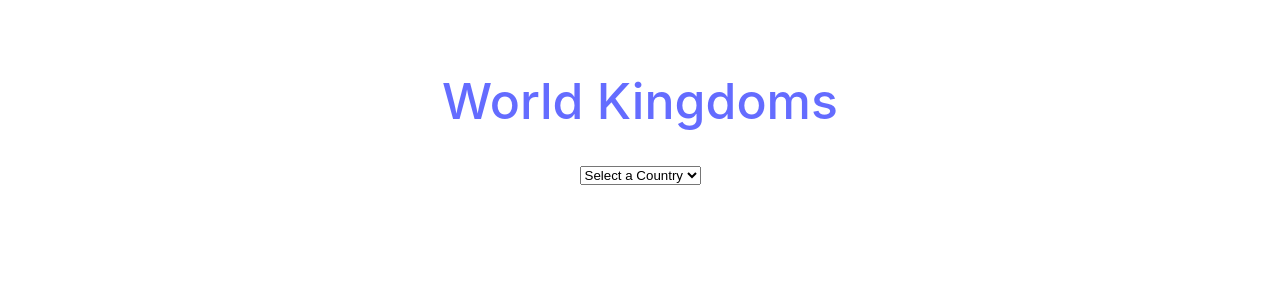
Repository: GloGlorGloria/COMP3170-lab7
Page: /
An editor plug-in stored every save of this project. The page is shown before and after a run of saves, followed by the edit.
The browser window is 1280 px wide. The pictures show the whole page.
The page's requests for data from a server got no answer. The project was rebuilt for these pictures with package versions that can differ from the ones it lists, and the page was loaded fresh each time. No one was signed in, and anything a server would have sent is missing. Also part of the build but not shown: vite.config.js, src/components/Details.jsx.

Above is the page before, as saved 2024-11-24 02:08:53.

### index.html
<!doctype html>
<html lang="en">
  <head>
    <meta charset="UTF-8" />
    <link rel="icon" type="image/svg+xml" href="/Globe icon.png" />
    <meta name="viewport" content="width=device-width, initial-scale=1.0" />
    <title>World Kingdoms</title>
  </head>
  <body>
    <div id="root"></div>
    <script type="module" src="/src/main.jsx"></script>
  </body>
</html>

### src/index.css
:root {
  font-family: Inter, system-ui, Avenir, Helvetica, Arial, sans-serif;
  line-height: 1.5;
  font-weight: 400;

  color-scheme: light dark;
  color: rgba(255, 255, 255, 0.87);
  background-color: #242424;

  font-synthesis: none;
  text-rendering: optimizeLegibility;
  -webkit-font-smoothing: antialiased;
  -moz-osx-font-smoothing: grayscale;
}

a {
  font-weight: 500;
  color: #646cff;
  text-decoration: inherit;
}
a:hover {
  color: #535bf2;
}


h1 {
  font-size: 50px;
  font-weight: 700;
  line-height: 1.1;
}

/* button {
  border-radius: 8px;
  border: 1px solid transparent;
  padding: 0.6em 1.2em;
  font-size: 1em;
  font-weight: 500;
  font-family: inherit;
  background-color: #1a1a1a;
  cursor: pointer;
  transition: border-color 0.25s;
} */
/* button:hover {
  border-color: #646cff;
}
button:focus,
button:focus-visible {
  outline: 4px auto -webkit-focus-ring-color;
} */

@media (prefers-color-scheme: light) {
  :root {
    color: #213547;
    background-color: #ffffff;
  }
  a:hover {
    color: #747bff;
  }
  button {
    background-color: #f9f9f9;
  }
}

### src/App.jsx
import { BrowserRouter, Routes, Route } from 'react-router-dom';
import Countries from './components/Countries';
import Details from './components/Details';
import './App.css'

function App() {
  return (
       <BrowserRouter>
          <Routes>
          <Route path="/" element={<Countries />}>
            <Route path="/countries/:cca2?" element={<Details />}>
            </Route>
          </Route>
        </Routes>
       </BrowserRouter>
  );
}

export default App

### src/components/Countries.jsx
import { useEffect, useState } from 'react';
import {useNavigate, NavLink, Outlet} from "react-router-dom";


export default function Countries() {
  const [countries, setCountries] = useState([]);
  const [selectedOption, setSelectedOption] = useState("Select a Country");
  const [fetchStatus, setFetchStatus] = useState('idle');
  const navigate = useNavigate();
  const isLoading = fetchStatus === 'loading';
  const isError = fetchStatus === 'error';

  useEffect(() => {
    async function fetchData() {
      try {
        setFetchStatus('loading');
        const response = await fetch('https://restcountries.com/v3.1/name/kingdom');
        if (!response.ok) {
          throw new Error ('Failed to fetch countries');
        }
        const data = await response.json();
        setCountries(data);
        setFetchStatus('idle');
        console.log(countries);
      } catch(e){
        setFetchStatus('error');
        console.error(e.message);
      }
    }
    fetchData();
  }, []);

  useEffect(() => {
    if (location.pathname === "/") {
      setSelectedOption("Select a Country");
    }
  }, [location]);


  const handleCountrySelect = (event) => {
    const countryName = event.target.value;
    setSelectedOption(countryName);

    if (countryName === "Select a Country") {
      navigate("/");
      return;
    }

    const selectedCountry = countries.find((country) => country.name.common === countryName);

    if (selectedCountry) {
    navigate(`/countries/${selectedCountry.cca2}`, { state: {selectedCountry} });
  }};

  return (
    <div>
      <h1>
        <NavLink
        to="/"
        onClick={() => setSelectedOption("Select a Country")}
        >World Kingdoms</NavLink>
      </h1>
      <div className='select_container'>
        <select value={selectedOption} onChange={handleCountrySelect} >
          <option>Select a Country</option>
          {countries.map((country, index) => (
            <option
            key={index}
            value={country.name.common}
            >
            {country.name.common}
            </option>
          ))}
        </select>
      </div>

      <Outlet/>
      </div>
    );
  };

Loaded but not shown: src/main.jsx (common file); src/App.css (common file)

After the next 2 saves:
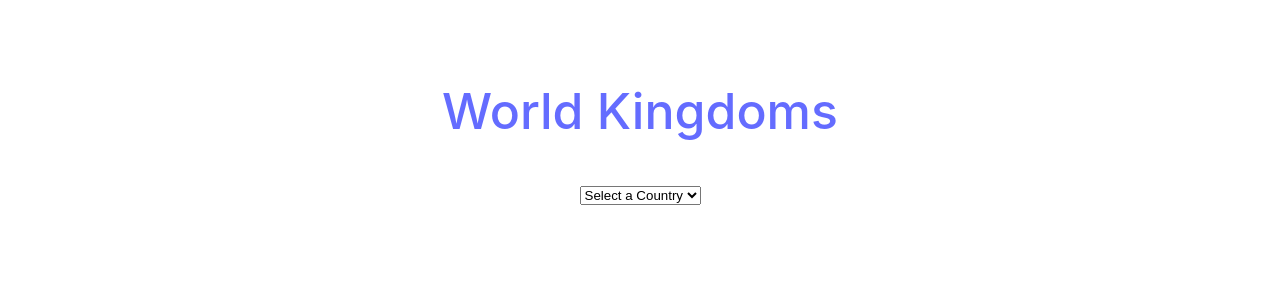
The 2 saves are shown as one change because they came seconds apart.
The last was saved 11 s later.
--- a/src/index.css
+++ b/src/index.css
@@ -25,7 +25,7 @@ a:hover {
 
 h1 {
   font-size: 50px;
-  font-weight: 700;
+  font-weight: bo
   line-height: 1.1;
 }
 
